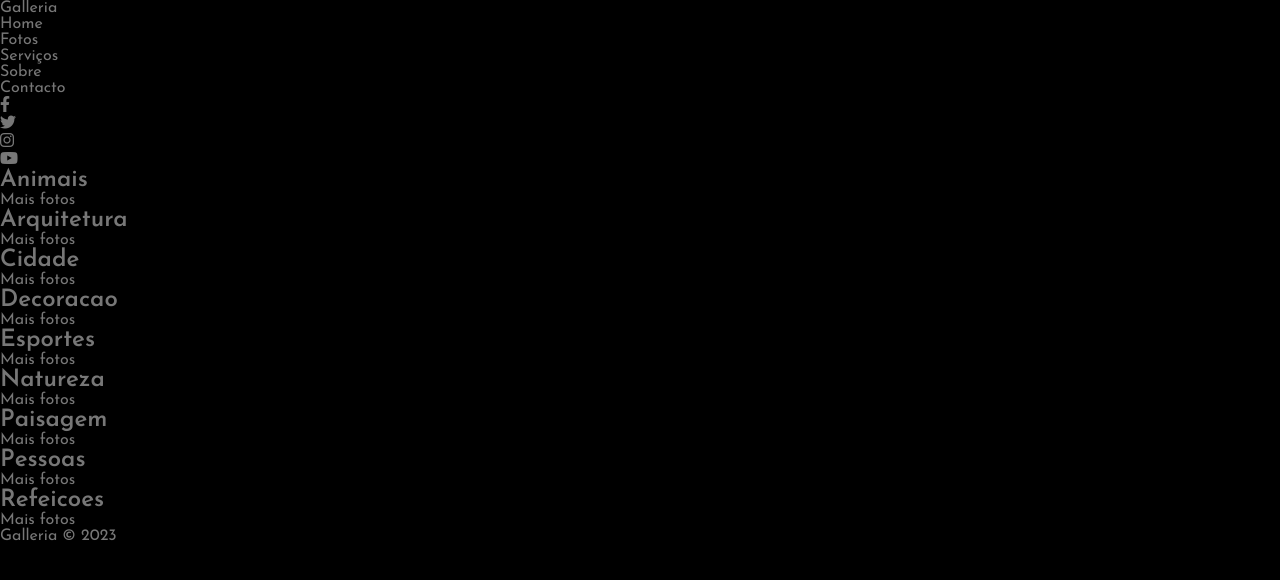
Repository: AghastyGD/gallery-sass
Page: index.html
An editor plug-in stored every save of this project. The page is shown before and after the next save, followed by the edit.
The browser window is 1280 px wide. The pictures show the whole page.
The style sheet was rebuilt from its Sass, Less or Tailwind sources for each picture, by a compiler version that may differ from the author's.

Above is the page before, as saved 2023-10-13 18:02:36.

After the next save:
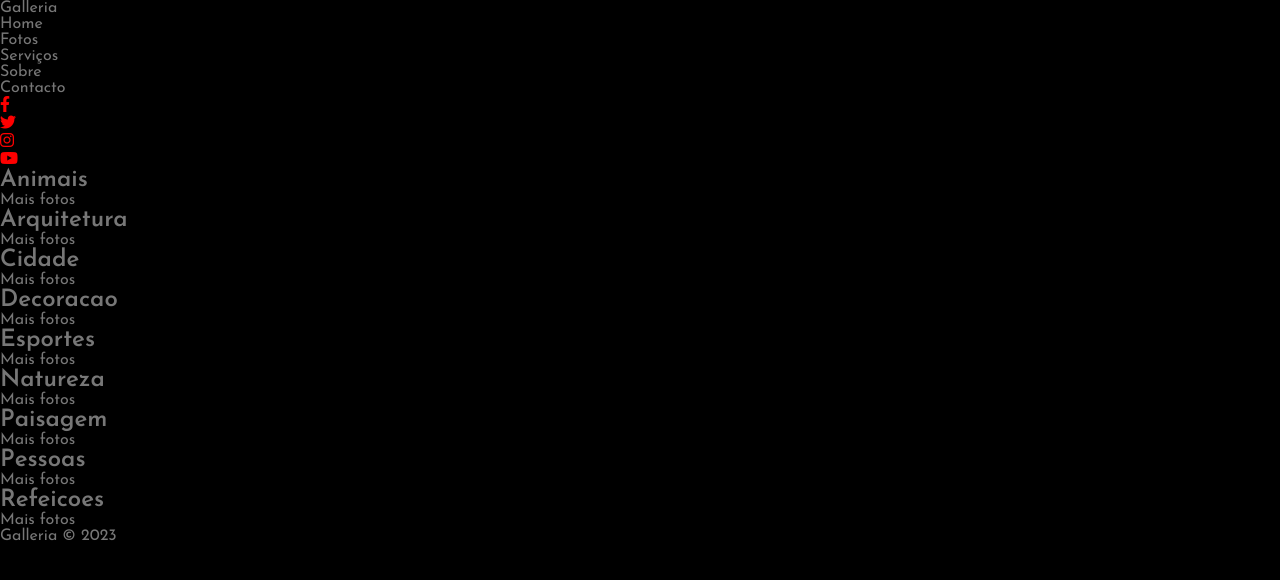
Saved 92 s later.
--- a/sass/styles.sass
+++ b/sass/styles.sass
@@ -14,3 +14,6 @@ body
     color: variables.$text-color
     text-decoration: none
     transition: .4s
+
+i
+  color: red
